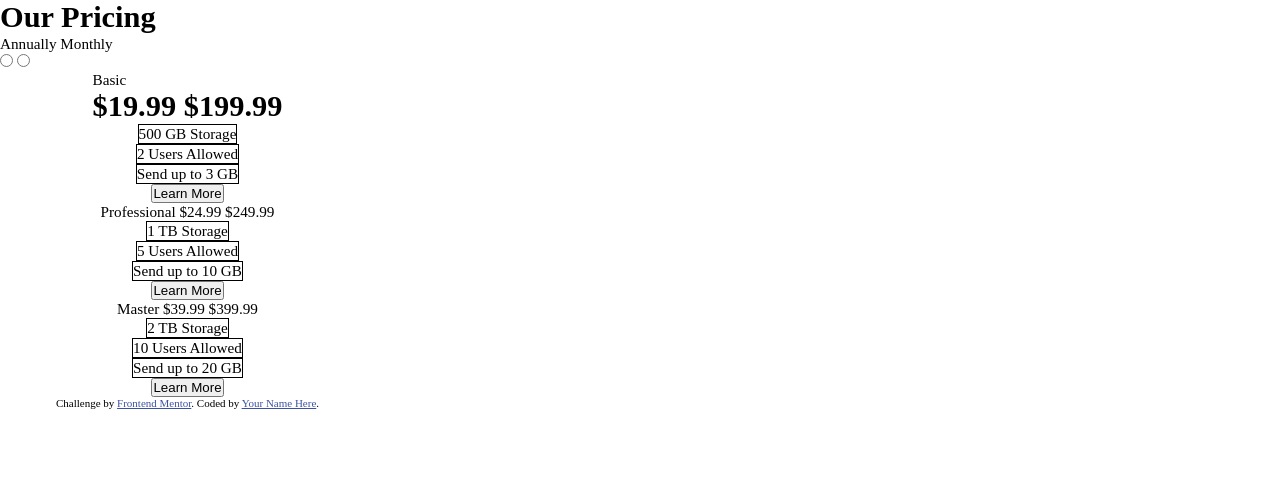
Repository: JuzzJoel/pricing-component-with-toggle-master
Page: index.html
An editor plug-in stored every save of this project. The page is shown before and after the next save, followed by the edit.
The browser window is 1280 px wide. The pictures show the whole page.

Above is the page before, as saved 2025-05-24 08:03:43.

### index.html
<!DOCTYPE html>
<html lang="en">
<head>
  <meta charset="UTF-8">
  <meta name="viewport" content="width=device-width, initial-scale=1.0"> <!-- displays site properly based on user's device -->

  <link rel="icon" type="image/png" sizes="32x32" href="./images/favicon-32x32.png">

  <title>Frontend Mentor | [pricing-component-with-toggle-master]</title>
  <style>
    :root{

--linear-gradient: hsl(236, 72%, 79%) to hsl(237, 63%, 64%);

--clr-pri: hsl(240, 78%, 98%);
--clr-pri-acc: hsl(234, 14%, 74%);
--clr-sec: hsl(233, 13%, 49%);
--clr-sec-acc: hsl(232, 13%, 33%);
    }
*,
*::before,
*::after {
    box-sizing: border-box;
}

* {
    margin: 0;
    padding: 0;
    box-sizing: border-box;
}

    .attribution { font-size: 11px; text-align: center; }
    .attribution a { color: hsl(228, 45%, 44%); }
body{
  font-size: 0.95rem;
  width: 375px;
}


.container{

}
  .pricing-header{

  }

    .toggle-box{}

     .toggle-container{}

       .pricing{}

     .toggle-slider{

     }
   .body{

   }
   .content{
    display: flex;
    flex-direction: column;
    justify-content: space-evenly;
   }
   .card-container{
    display: flex;
    flex-direction: column;
    align-items: center;
   }
        .card{
          display: flex;
          flex-direction: column;
          align-items: center;
          width: 90%;
          height: 90%;
        }
          .rows-head{
            height: 35%;
          }

          .rows{
            height: 15%;
            border: 1px solid black;
          }
          .rows-button{
            height: 25%;
          }
  </style>
</head>
<body>



  <div class="container">
    <div class="pricing-header">
      <h1>Our Pricing</h1>
      <div class="toggle-box">
        Annually
        Monthly
        <div class="toggle-container">

          <input type="radio" class="pricing" id="price-annnual">
          <label for=""></label>

          <input type="radio" class="pricing" id="price-month">
          <label for=""></label>

          <div class="toggle-slider"></div>
        </div>
      </div>
      <div class="body">
        <div class="content">
          <div class="card-container">
<div class="card">
            <div class="rows-head">Basic
         <h1>   &dollar;19.99
            &dollar;199.99</h1>
          </div>
            <div class="rows">500 GB Storage</div>
            <div class="rows">2 Users Allowed</div>
            <div class="rows">Send up to 3 GB</div>
            <div class="rows-button"><button>Learn More</button></div>
          </div>
          </div>

          <div class="card-container">
            <div class="card">
            <div class="rows-head">Professional
            &dollar;24.99
            &dollar;249.99
          </div>
            <div class="rows">1 TB Storage</div>
            <div class="rows">5 Users Allowed</div>
            <div class="rows">Send up to 10 GB</div>
            <div class="rows-button"><button>Learn More</button></div>
          </div>
          </div>
          <div class="card-container">
            <div class="card">
            <div class="rows-head">Master
            &dollar;39.99
            &dollar;399.99</div>
            <div class="rows">2 TB Storage</div>
            <div class="rows">10 Users Allowed</div>
            <div class="rows">Send up to 20 GB</div>
            <div class="rows-button"><button>Learn More</button></div>
          </div>
          </div>
        </div>
      </div>
    </div>
  </div>

  <div class="attribution">
    Challenge by <a href="https://www.frontendmentor.io?ref=challenge" target="_blank">Frontend Mentor</a>.
    Coded by <a href="#">Your Name Here</a>.
  </div>
</body>
</html>

After the next save:
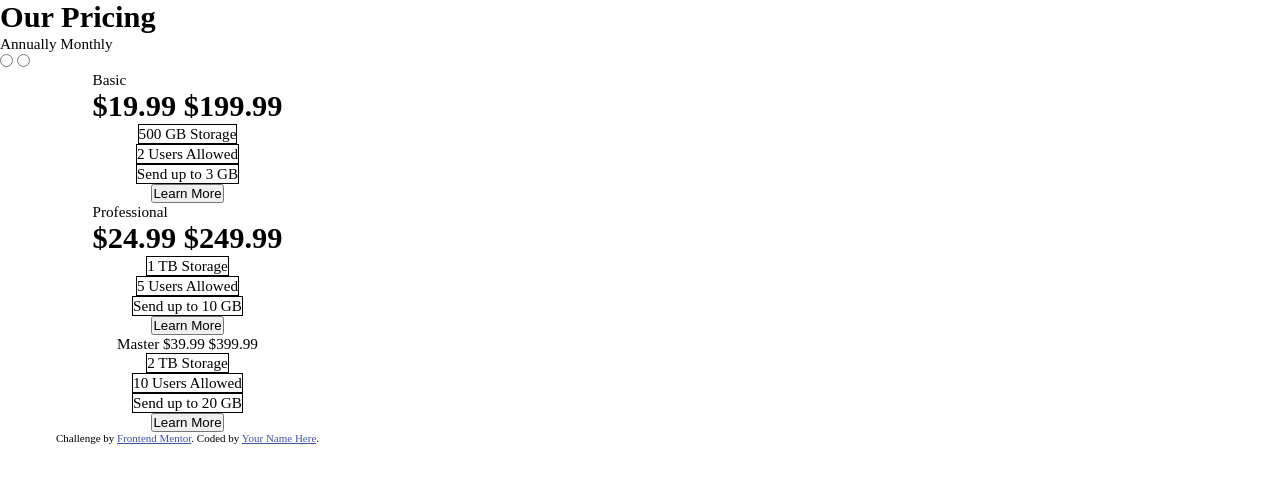
Saved 12 s later.
--- a/index.html
+++ b/index.html
@@ -125,7 +125,7 @@ body{
           <div class="card-container">
             <div class="card">
             <div class="rows-head">Professional
-            &dollar;24.99
+              <h1>  &dollar;24.99
             &dollar;249.99
           </div>
             <div class="rows">1 TB Storage</div>
